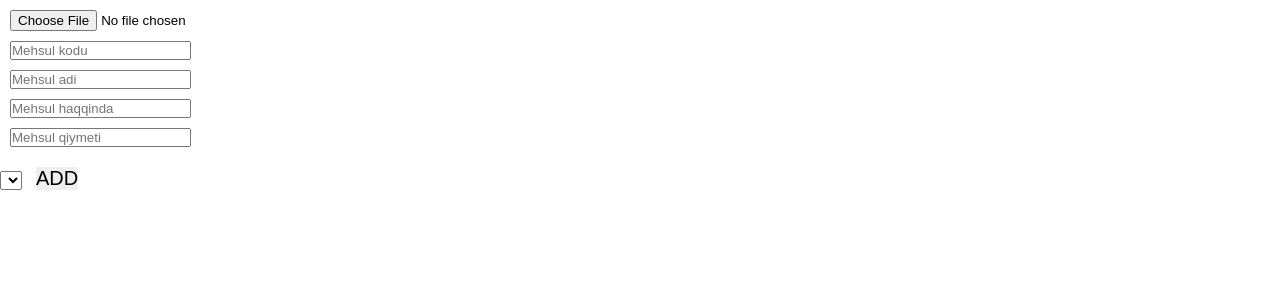
Repository: PoladEziz/Ecommerce-Page
Page: pages/addProdactPage/index.html
An editor plug-in stored every save of this project. The page is shown before and after a run of saves, followed by the edit.
The browser window is 1280 px wide. The pictures show the whole page.

Above is the page before, as saved 2023-10-19 15:44:50.

After the next 3 saves:
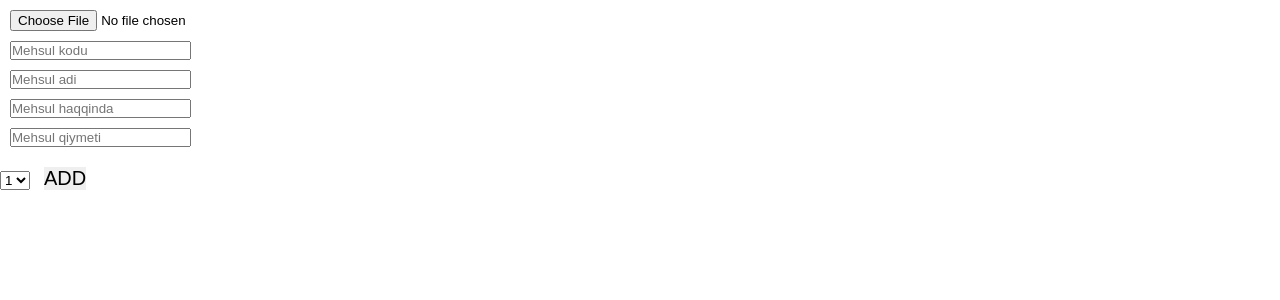
The 3 saves are shown as one change because they came seconds apart.
The last was saved 9 s later.
--- a/pages/addProdactPage/index.html
+++ b/pages/addProdactPage/index.html
@@ -45,7 +45,9 @@
           placeholder="Mehsul qiymeti"
           required
         />
-        <select name="" id=""></select>
+        <select name="" id="">
+          <option value="count">1</option>
+        </select>
         <button>ADD</button>
       </form>
     </div>
